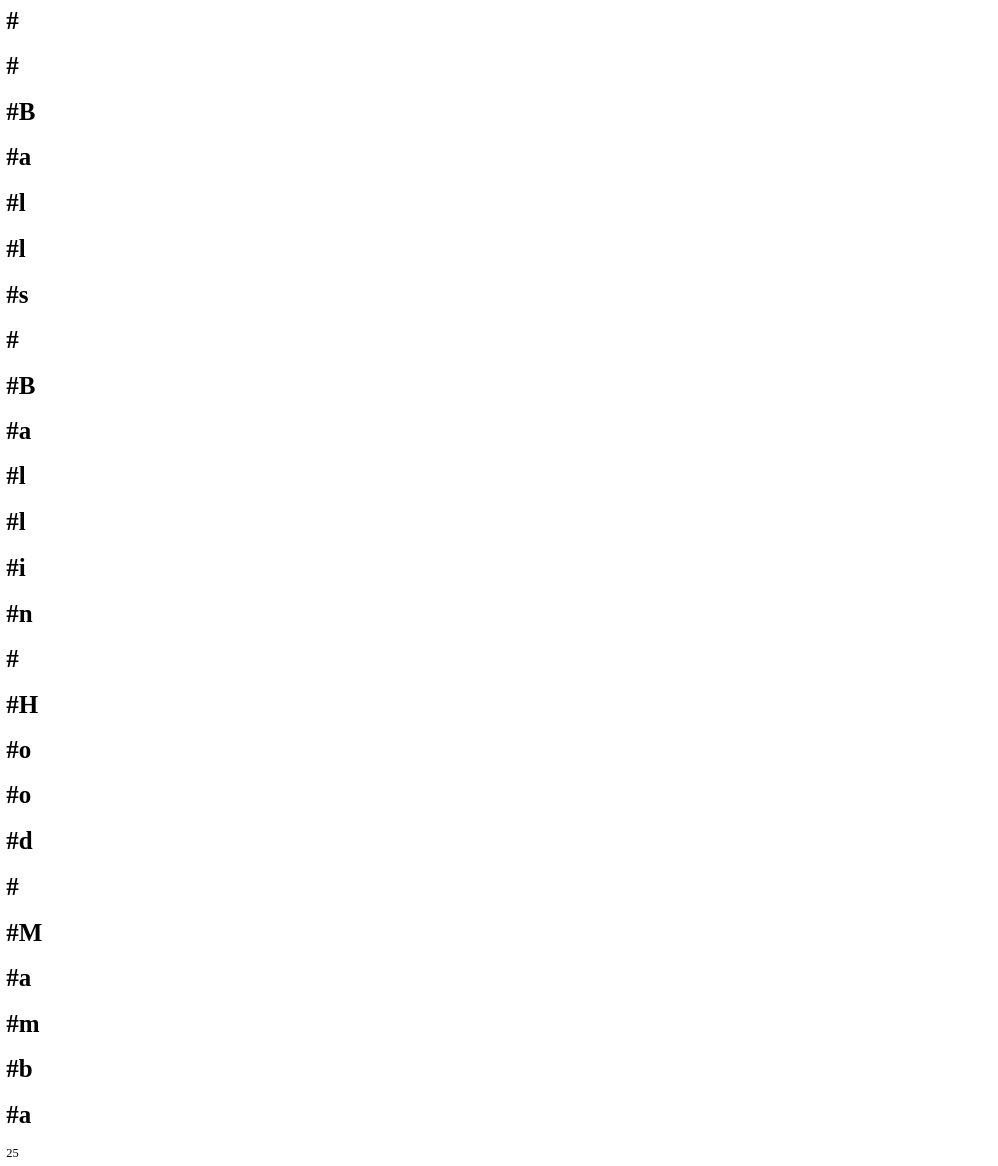
Repository: Anindyait/Tech-Tonic
Page: http://localhost/TechTonic/test.jsp
The author's editor kept a copy of each file at every save. The page is drawn from the files as they stood at one save, then again after the next save.
The browser window is 1280 px wide. The pictures show the whole page, at 78% of full size.
The page is served by Tomcat 9. Other server files are loaded and not shown.

Above is the page before, as saved 2023-06-09 18:01:29.

### TechTonic/src/main/webapp/test.jsp
<%@ page language="java" contentType="text/html; charset=ISO-8859-1"
    pageEncoding="ISO-8859-1"%>
<%@ taglib uri="http://java.sun.com/jsp/jstl/core" prefix="c" %>
<html>
<head>
<title>Core Tag Example</title>
</head>
<body>
<% String names = ",Balls,,Ballin,,Hood,,Mamba,";%>
<% String[] array =  names.split("[,]*");
for (int i=0;i<array.length;i++){%>
	<h1>#<% out.println(array[i]); %></h1>
	<% } out.println(array.length);%>
</body>
</html>

After the next save:
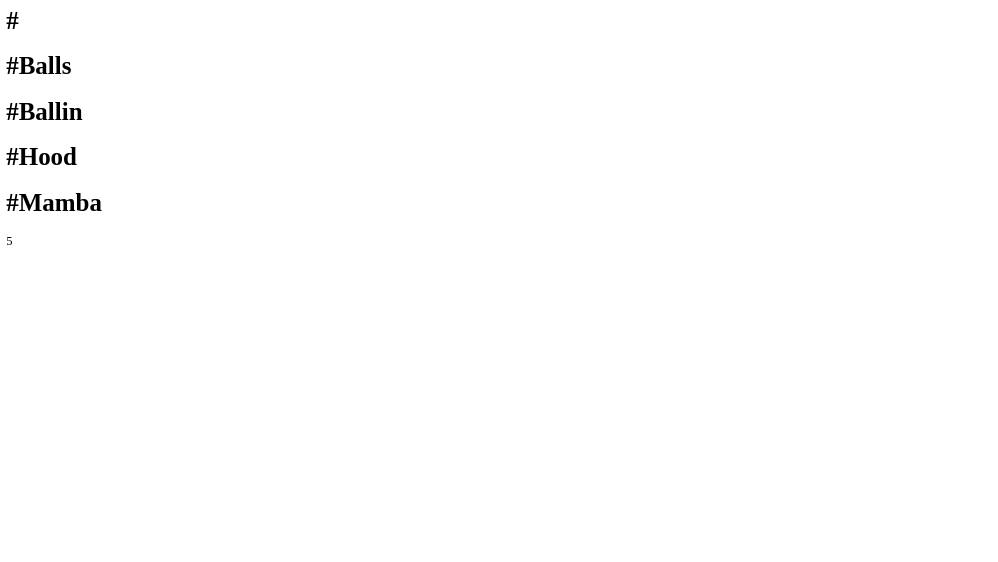
Saved 9 s later.
--- a/TechTonic/src/main/webapp/test.jsp
+++ b/TechTonic/src/main/webapp/test.jsp
@@ -7,7 +7,7 @@
 </head>
 <body>
 <% String names = ",Balls,,Ballin,,Hood,,Mamba,";%>
-<% String[] array =  names.split("[,]*");
+<% String[] array =  names.split("[,]+");
 for (int i=0;i<array.length;i++){%>
 	<h1>#<% out.println(array[i]); %></h1>
 	<% } out.println(array.length);%>
